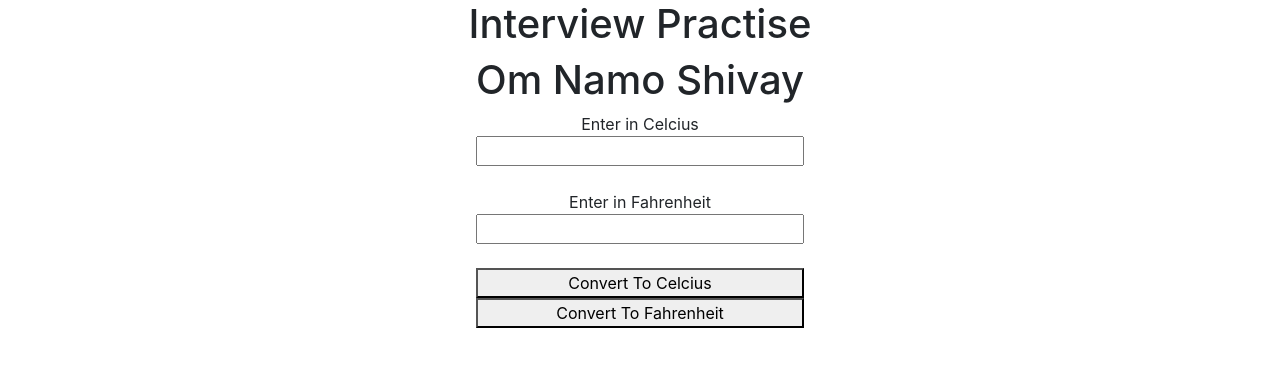
Repository: punitbathija/Machine-Round-React
Page: /
An editor plug-in stored every save of this project. The page is shown before and after the next save, followed by the edit.
The browser window is 1280 px wide. The pictures show the whole page.
The project was rebuilt for these pictures with package versions that can differ from the ones it lists, and the page was loaded fresh each time. Also part of the build but not shown: src/components/counter.jsx, src/components/ProgressBar.js, src/components/CurrencyCoverter.js.

Above is the page before, as saved 2023-06-01 15:39:22.

### src/index.js
import React from "react";
import ReactDOM from "react-dom/client";
import Counter from "./components/counter";
import "./index.css";
import ProgressBar from "./components/ProgressBar";
import CurrencyCoverter from "./components/CurrencyCoverter";
import TempratureConveter from "./components/TempratureConveter";
// import FetchApi from "./components/FetchApi";

const root = ReactDOM.createRoot(document.getElementById("root"));
root.render(
  <>
    <h1 className="text-center">Interview Practise</h1>
    {/* <Counter /> */}
    {/* <FetchApi /> */}
    {/* <ProgressBar /> */}
    {/* <CurrencyCoverter /> */}
    <TempratureConveter />
  </>
);

### src/components/TempratureConveter.js
import React, { useEffect, useState } from "react";

const TempratureConveter = () => {
  const [inCelcius, setInCelcius] = useState("");
  const [inFahrenheit, setInFahrenheit] = useState("");

  const convertInFahrenheits = () => {
    setInFahrenheit((inCelcius * 9) / 5 + 32);
  };

  const convertInCelcius = () => {
    setInCelcius((inFahrenheit - 32) * (5 / 9));
  };

  //   useEffect(() => {}, [inCelcius, inFahrenheit]);

  return (
    <div
      style={{
        textAlign: "center",
        display: "flex",
        flexDirection: "column",
        margin: "auto",
        width: "fit-content",
      }}
    >
      <h1>Om Namo Shivay</h1>
      <span>Enter in Celcius </span>
      <input onChange={(e) => setInCelcius(e.target.value)} value={inCelcius} />
      <br />
      <span>Enter in Fahrenheit </span>
      <input
        onChange={(e) => setInFahrenheit(e.target.value)}
        value={inFahrenheit}
      />
      <br />
      <button onClick={convertInCelcius}>Convert To Celcius</button>
      {inCelcius && <p>{inCelcius}°</p>}
      <button onClick={convertInFahrenheits}>Convert To Fahrenheit</button>
      {inFahrenheit && <p>{inFahrenheit} °F</p>}
    </div>
  );
};

export default TempratureConveter;

### src/components/tc.js
import React from "react";

const Tc = () => {
  return (
    <div>
      <h1>Om Namo Shivay</h1>
    </div>
  );
};

export default Tc;

Loaded but not shown: public/index.html (common file); src/index.css (common file)

After the next save:
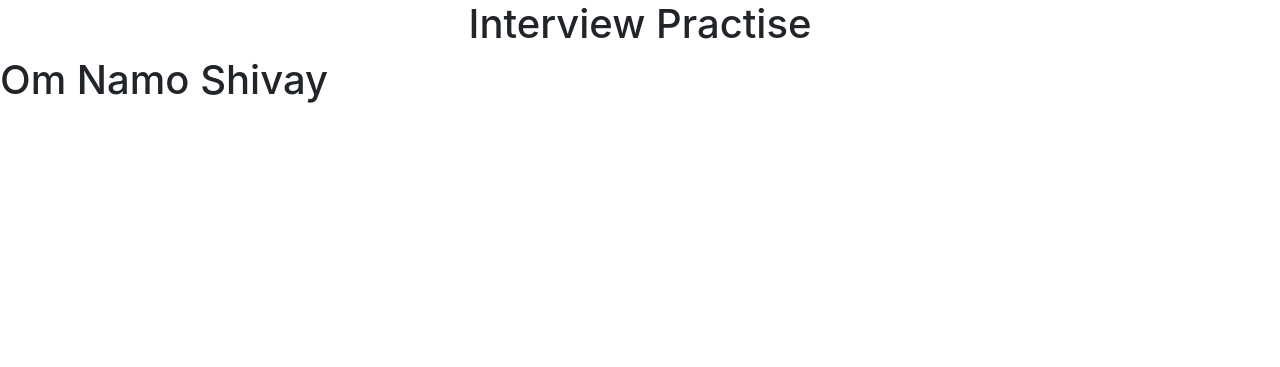
Saved 17 s later.
--- a/src/index.js
+++ b/src/index.js
@@ -5,6 +5,7 @@ import "./index.css";
 import ProgressBar from "./components/ProgressBar";
 import CurrencyCoverter from "./components/CurrencyCoverter";
 import TempratureConveter from "./components/TempratureConveter";
+import Tc from "./components/tc";
 // import FetchApi from "./components/FetchApi";
 
 const root = ReactDOM.createRoot(document.getElementById("root"));
@@ -15,6 +16,7 @@ root.render(
     {/* <FetchApi /> */}
     {/* <ProgressBar /> */}
     {/* <CurrencyCoverter /> */}
-    <TempratureConveter />
+    {/* <TempratureConveter /> */}
+    <Tc />
   </>
 );
